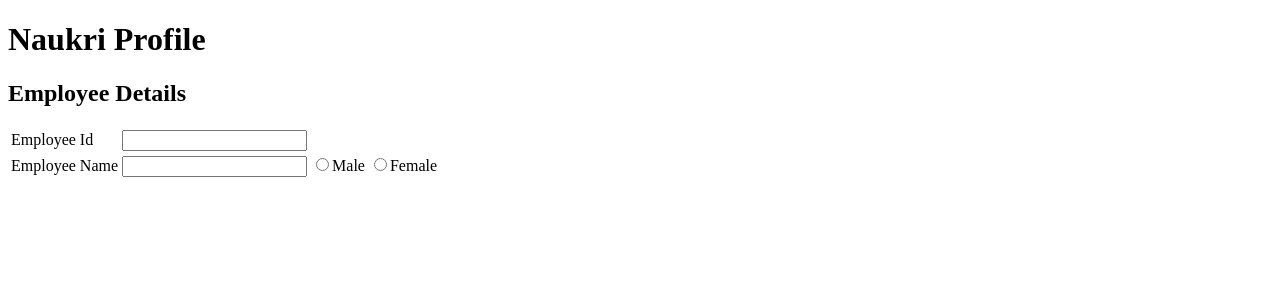
Repository: Ravikumarh6166/my-first-repo
Page: filterapp/src/main/webapp/registrationform.html
An editor plug-in stored every save of this project. The page is shown before and after the next save, followed by the edit.
The browser window is 1280 px wide. The pictures show the whole page.

Above is the page before, as saved 2022-08-30 06:50:25.

### filterapp/src/main/webapp/registrationform.html
<!DOCTYPE html>
<html>
<head>
<meta charset="UTF-8">
<title>Insert title here</title>
</head>
<body>
<h1>Naukri Profile</h1>
<h2>Employee Details</h2>
<form action="./reg" method="post">
<table>
<tr>
<td>Employee Id</td>
<td><input type="text" name="eid"></td>
</tr>

<tr>
<td>Employee Name</td>
<td><input type="text" name="ename">
<input type="radio"  value="Male">Male
<input type="radio"  value="Female">Female
</td>
</tr>


</table>
</form>
</body>
</html>

After the next save:
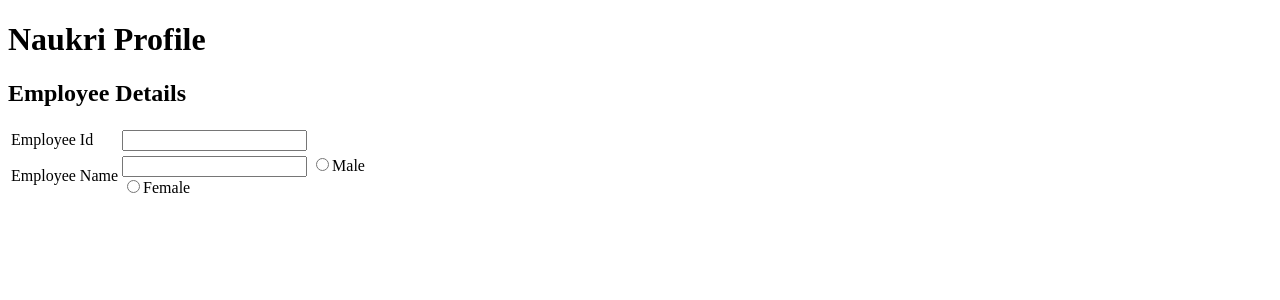
Saved 14 s later.
--- a/filterapp/src/main/webapp/registrationform.html
+++ b/filterapp/src/main/webapp/registrationform.html
@@ -17,7 +17,7 @@
 <tr>
 <td>Employee Name</td>
 <td><input type="text" name="ename">
-<input type="radio"  value="Male">Male
+<input type="radio"  value="Male">Male<br>
 <input type="radio"  value="Female">Female
 </td>
 </tr>

After the save that followed:
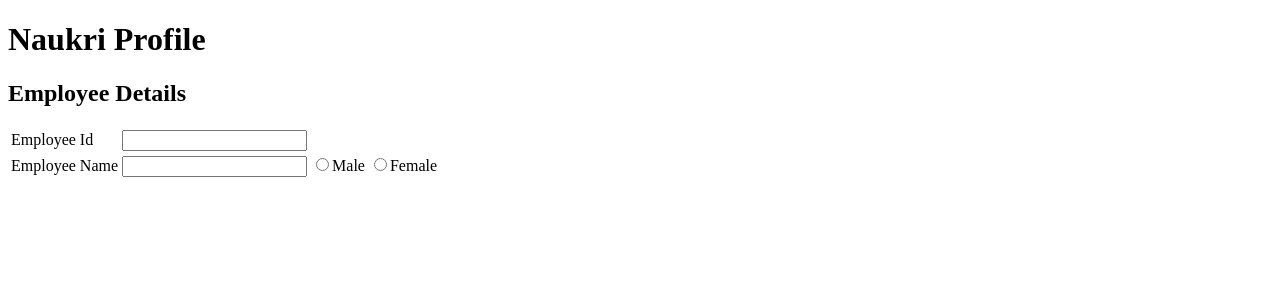
Saved 25 s later.
--- a/filterapp/src/main/webapp/registrationform.html
+++ b/filterapp/src/main/webapp/registrationform.html
@@ -17,7 +17,8 @@
 <tr>
 <td>Employee Name</td>
 <td><input type="text" name="ename">
-<input type="radio"  value="Male">Male<br>
+
+<input type="radio"  value="Male">Male
 <input type="radio"  value="Female">Female
 </td>
 </tr>
